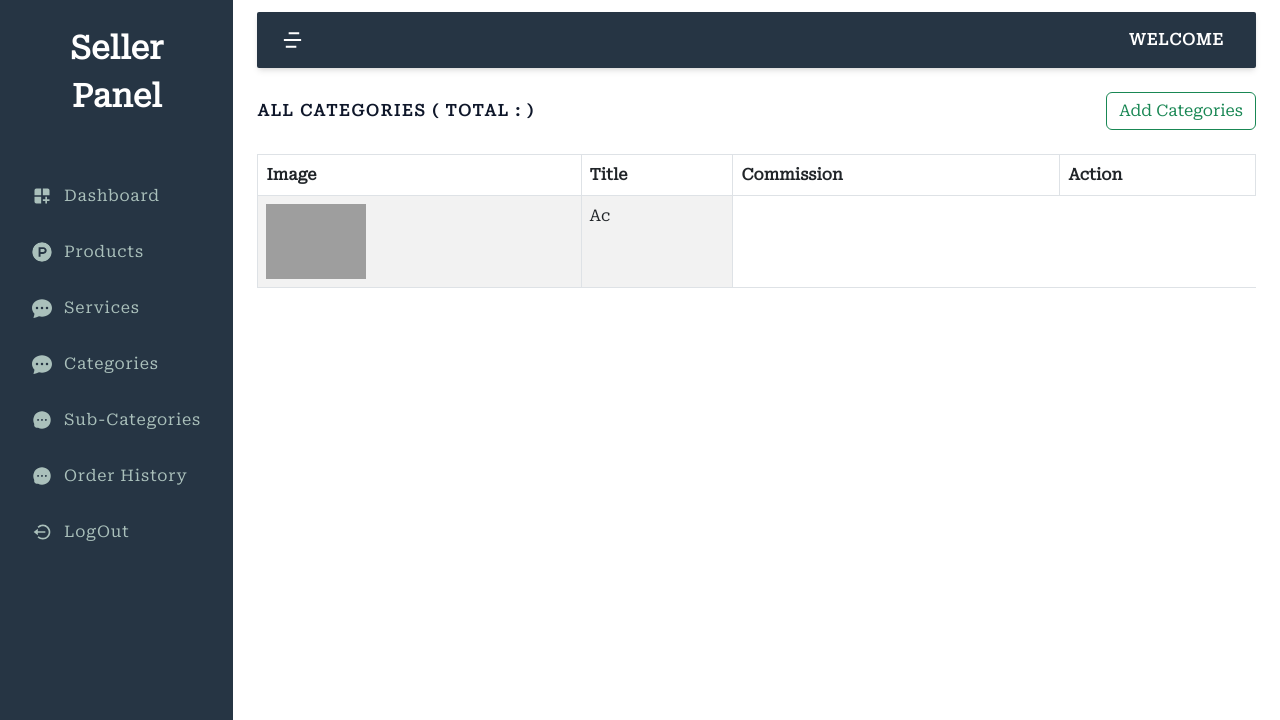
Repository: FlyweisReact/Arun-Chauhan
Page: /vendor/category
These files come from the project's save history. The page is drawn as it stood at one moment and after a run of saves; the edit follows.
The browser window is 1280 px wide. The pictures show the whole page.
Pictures or frames that could not be fetched are drawn as grey boxes. The page's requests for data from a server got no answer. Some web libraries are served in a nearby version. The project was rebuilt for these pictures with package versions that can differ from the ones it lists, and the page was loaded fresh each time. No one was signed in, and anything a server would have sent is missing. Also part of the build but not shown: src/AdminPanel/layout/Navbar.jsx, src/AdminPanel/layout/Sidebar.jsx, src/AdminPanel/layout/HOC.jsx, src/AdminPanel/pages/Privacy.js, src/AdminPanel/pages/Category.js, src/AdminPanel/pages/FeedBack.js, src/AdminPanel/pages/TermsCon.js, src/AdminPanel/pages/HelpSupport.js and 21 more.

Above is the page before, as saved 2023-03-22 16:18:31.

### public/index.html
<!-- @format -->

<!DOCTYPE html>
<html lang="en">
  <head>
    <meta charset="utf-8" />
    <!-- <link rel="icon" href="%PUBLIC_URL%/favicon.png" /> -->
    <meta name="viewport" content="width=device-width, initial-scale=1" />
    <meta name="theme-color" content="#000000" />
    <meta
      name="description"
      content="Web site created using create-react-app"
    />
    <link rel="apple-touch-icon" href="%PUBLIC_URL%/favicon.ico?v=2" />



    <link rel="manifest" href="%PUBLIC_URL%/manifest.json" />
    <link rel="preconnect" href="https://fonts.googleapis.com">
    <link rel="preconnect" href="https://fonts.gstatic.com" crossorigin>
    <link href="https://fonts.googleapis.com/css2?family=Roboto+Serif&display=swap" rel="stylesheet">
    <title>Arun   Panel</title>
  </head>
  <body>
    <noscript>You need to enable JavaScript to run this app.</noscript>
    <div id="root"></div>
    <script src="https://code.jquery.com/jquery-3.6.0.min.js"></script>
    <script src="https://kit.fontawesome.com/b533b351e4.js" crossorigin="anonymous"></script>
  </body>
</html>

### src/index.js
import React from "react";
import ReactDOM from "react-dom/client";
import "./index.css";
import App from "./App";
import { BrowserRouter } from "react-router-dom";
import 'bootstrap/dist/css/bootstrap.min.css'

const root = ReactDOM.createRoot(document.getElementById("root"));
root.render(
  <React.StrictMode>
    <BrowserRouter>
      <App />
    </BrowserRouter>
  </React.StrictMode>
);

### src/index.css
/** @format */

@tailwind base;
@tailwind components;
@tailwind utilities;




body {
  margin: 0;
  font-family: 'Roboto Serif', serif  !important;
  -webkit-font-smoothing: antialiased;
  -moz-osx-font-smoothing: grayscale;
}

/* Wcomponents */
.wcomp::-webkit-scrollbar {
  width: 0px;
}
::-webkit-scrollbar {
  width: 0px;
}
::-webkit-scrollbar-track {
  background: #696f78;
}
/* Handle */
::-webkit-scrollbar-thumb {
  background: #b4b8bf;
}

.main-card--container {
  display: grid;
  grid-template-columns: repeat(3, minmax(300px, 500px));
  grid-gap: 50px;
  justify-content: space-around;
}
.card-container {
  margin: 25px 0 auto;
  position: relative;
  display: grid;
  grid-template-columns: 1fr;
  justify-content: space-around;
  align-items: flex-start;
}

.img-thumbnail {
  width: 80px;
}
.img-large {
  max-width: 80%;
}

.formInput {
  padding: 5px;
}

.BannerImg{
  display: grid;
  grid-template-columns: auto auto auto;
  margin: 20px;
  justify-content: space-evenly;
  text-align: center;
}
.BannerImg div{
  box-shadow: rgba(0, 0, 0, 0.35) 0px 5px 15px;
  padding: 10px;

}
.BannerImg img{
  width: 400px;
  height: 200px;
}


li{
  list-style: disc;
}
.carouselImages{
  width: 200px !important;
  height: 140px;
}
.Car{
  width: 200px !important;
}

.three-Sec{
  display: grid;
  justify-content: space-evenly;
  grid-template-columns: auto auto auto;
  text-align: center;
  color: black;

}
.three-Sec div{
  box-shadow: rgba(0, 0, 0, 0.35) 0px 5px 15px;
  margin-top: 40px;
  padding : 10px;
  width: 400px;
}
.three-Sec img{
  width: 100%;
  height: 300px;
}
.three-Sec p{
  font-size: 20px;
  font-weight: bold;
  margin: 0;
}
.three-Sec button{
  border: 1px solid #B80000;
  background-color: #ffff;
  color: #B80000;
  width: 100%;
  padding: 3px;
  margin-top: 10px;
  font-size: 20px;
  transition: 0.5s;
}

.three-Sec button:hover{
  background-color: #B80000;
  color: #ffff;
}
.bigCont{
  display: flex;
  gap: 10px;
}
.contP{
  border: 1px solid #2F308D;
  width: 48%;
  padding: 10px;
  color: #2F308D;
  transition: 0.5s;
  cursor: pointer;
}
.contP:hover {
  background-color: #2F308D;
  color: #fff;
}


.viewBtn{
  color: #014F75;
  border: 1px solid #014F75;
  outline: none;
  width: 50%;
  padding: 5px;
  font-size: 18px;
  transition: 0.5s;
}

.viewBtn:hover{

  background-color: #014F75;
  color: #fff;
}


.filterDate{
  color: black;
  display: flex;
  gap: 20px;
  margin-top: 20px;
  margin-bottom: 20px;
}

.filterDate input {
  border: 1px solid black;
  outline: none;
  padding: 5px;
}
.filterDate div{
  display: flex;
  gap: 10px;
  align-items:center ;
}
.filterDate div p{
  padding-top: 10px;
}

.filterDate button{
  color: #014F75;
  border: 1px solid #014F75;
  outline: none;
  width: 200px;
  font-size: 18px;
  transition: 0.5s;
}

.filterDate button:hover{
  background-color: #014F75;
  color: #fff;
}
.active{
  display: flex;
  gap: 20px;
margin-bottom: 20px;
}
.active button{
  border: 1px solid #659CCA;
  color: #659CCA;
  padding: 5px;
  width: 200px;
  transition: 0.5s;
  font-size: 20px;
}
.active button:hover{
  background-color: #659CCA;
  color: #fff;
}

.drop select{
  width: 100%;
  color:#fff;
  margin-bottom: 20px;
  border: 1px solid #659CCA;
  padding: 10px;
  outline: none;
  background-color: #659CCA;
}
.drop select option{
  background-color: #8FD1DF;
  border: 1px solid #8FD1DF;
}

.drop select option:hover{
  background-color: #8FD1DF  !important;
}

### src/App.js
/** @format */

import { Routes, Route } from "react-router-dom";
import { ToastContainer } from "react-toastify";
import "react-toastify/dist/ReactToastify.css";
import Privacy from "./AdminPanel/pages/Privacy";
import Offers from "./AdminPanel/pages/Category";
import FeedBack from "./AdminPanel/pages/FeedBack";
import TermsCon from "./AdminPanel/pages/TermsCon";
import HelpSupport from "./AdminPanel/pages/HelpSupport";
import OrderHistory from "./AdminPanel/pages/OrderHistory";
import Installar from "./AdminPanel/pages/Installar";
import Sellers from "./AdminPanel/pages/Sellers";
import Dashboard from "./AdminPanel/pages/Dashboard";
import Users from "./AdminPanel/pages/Users";
import Reviews from "./AdminPanel/pages/Reviews";
import Coupon from "./AdminPanel/pages/Coupon";
import Product from "./AdminPanel/pages/Product";
import About from "./AdminPanel/pages/About";
import Blogs from "./AdminPanel/pages/Blogs";
import Service from "./AdminPanel/pages/Service";
import Notification from "./AdminPanel/pages/Notification";
import SubCategory from "./AdminPanel/pages/SubCategory";
import Banner from "./AdminPanel/pages/Banner";
import Login from "./AdminPanel/Login";
import Transaction from "./AdminPanel/pages/Transaction";
import InstallerTransactions from "./AdminPanel/pages/InstallerTransactions";
import Vendorlogin from "./VendorPanel/Vendorlogin";
import VendorDashboard from "./VendorPanel/pages/VendorDashboard";
import VendorProducts from "./VendorPanel/pages/VendorProducts";
import VendorService from "./VendorPanel/pages/VendorService";
import VendorCategory from "./VendorPanel/pages/VendorCategory";

function App() {
  return (
    <>
      <ToastContainer />

      <Routes>
        {/* Admin Panel */}
        <Route path="/" element={<Login />} />
        <Route path="/dashboard" element={<Dashboard />} />
        <Route path="/users" element={<Users />} />
        <Route path="/sellers" element={<Sellers />} />
        <Route path="/products" element={<Product />} />
        <Route path="/coupon" element={<Coupon />} />
        <Route path="/about" element={<About />} />
        <Route path="/review" element={<Reviews />} />
        <Route path="/blogs" element={<Blogs />} />
        <Route path="/services" element={<Service />} />
        <Route path="/category" element={<Offers />} />
        <Route path="/notification" element={<Notification />} />
        <Route path="/sub-category" element={<SubCategory />} />
        <Route path="/banners" element={<Banner />} />
        <Route path="/order-history" element={<OrderHistory />} />
        <Route path="/installar" element={<Installar />} />
        <Route path="/feedBacks" element={<FeedBack />} />
        <Route path="/terms-condition" element={<TermsCon />} />
        <Route path="/helpSupport" element={<HelpSupport />} />
        <Route path="/privacy" element={<Privacy />} />
        <Route path="/transactions/:id" element={<Transaction />} />
        <Route path="/installer-transaction/:id" element={<InstallerTransactions />} />

        {/* Vendor Panel */}
        <Route path="/vendor/login" element={<Vendorlogin />} />
        <Route path="/vendor/dashboard" element={<VendorDashboard />} />
        <Route path="/vendor/products" element={<VendorProducts />} />
        <Route path="/vendor/service" element={<VendorService />} />
        <Route path="/vendor/category" element={<VendorCategory />} />
      </Routes>
    </>
  );
}

export default App;

### src/VendorPanel/pages/VendorCategory.js
/** @format */
import { Button, Modal, Form, Table } from "react-bootstrap";
import React, { useEffect, useState } from "react";
import HOC from "../layout/HOC";
import axios from "axios";
import { toast } from "react-toastify";

const VendorCategory = () => {
  const [modalShow, setModalShow] = useState(false);
  const [data, setData] = useState([]);
  const [dataCount, setDataCount] = useState("");

  function MyVerticallyCenteredModal(props) {
    const [title, setTitle] = useState("");
    const [image, setImage] = useState("");

    const postHandler = async (e) => {
      e.preventDefault();

      let fd = new FormData();
      fd.append("category", title);
      fd.append("myField", image);

      try {
        const { data } = await axios.post(
          "http://ec2-15-206-210-177.ap-south-1.compute.amazonaws.com:1112/api/category",
          fd
        );
        console.log(data);
        fetchData();
        toast.success("Category Added");
        props.onHide();
      } catch (e) {
        console.log(e);
        toast.error(e.response.data.message);
      }
    };

    return (
      <Modal
        {...props}
        size="lg"
        aria-labelledby="contained-modal-title-vcenter"
        centered
      >
        <Modal.Header closeButton>
          <Modal.Title id="contained-modal-title-vcenter">
            Add Category
          </Modal.Title>
        </Modal.Header>
        <Modal.Body>
          <Form onSubmit={postHandler}>
            <Form.Group className="mb-3">
              <Form.Label>Image</Form.Label>
              <Form.Control
                type="file"
                onChange={(e) => setImage(e.target.files[0])}
              />
            </Form.Group>
            <Form.Group className="mb-3">
              <Form.Label>Title</Form.Label>
              <Form.Control
                type="text"
                onChange={(e) => setTitle(e.target.value)}
              />
            </Form.Group>
            <Form.Group className="mb-3">
              <Form.Label>Commission </Form.Label>
              <Form.Control type="number" min={0} />
            </Form.Group>
            <Form.Group className="mb-3">
              <Form.Select aria-label="Default select example">
                <option>Commission In</option>
                <option> Flat% </option>
                <option> Rupees </option>
              </Form.Select>
            </Form.Group>
            <Button variant="outline-success" type="submit">
              Submit
            </Button>
          </Form>
        </Modal.Body>
        <Modal.Footer></Modal.Footer>
      </Modal>
    );
  }

  const fetchData = async () => {
    try {
      const { data } = await axios.get(
        "http://ec2-15-206-210-177.ap-south-1.compute.amazonaws.com:1112/api/category"
      );
      setData(data.data);
      setDataCount(data.data.length);
    } catch (e) {
      console.log(e);
    }
  };

  useEffect(() => {
    fetchData();
  }, []);

  const deleteHandler = async (id) => {
    try {
      const { data } = await axios.delete(
        `http://ec2-15-206-210-177.ap-south-1.compute.amazonaws.com:1112/api/category/${id}`
      );
      console.log(data);
      toast.success("Category Deleted");
      fetchData();
    } catch (e) {
      console.log(e);
      toast.error("Try again after some time::");
    }
  };

  return (
    <>
      <MyVerticallyCenteredModal
        show={modalShow}
        onHide={() => setModalShow(false)}
      />

      <section>
        <div className="pb-4 sticky top-0  w-full flex justify-between items-center bg-white">
          <span className="tracking-widest text-slate-900 font-semibold uppercase ">
            All Categories ( Total : {dataCount})
          </span>
          <Button
            variant="outline-success"
            onClick={() => {
              setModalShow(true);
            }}
          >
            Add Categories
          </Button>
        </div>

        <div style={{ maxWidth: "100%", overflow: "auto" }}>
          <Table striped bordered hover>
            <thead>
              <tr>
                <th> Image</th>
                <th> Title</th>
                <th> Commission</th>
                <th>Action</th>
              </tr>
            </thead>
            <tbody>
            <tr>
              <td>
              <img
                      src="https://d3njjcbhbojbot.cloudfront.net/api/utilities/v1/imageproxy/https://images.ctfassets.net/wp1lcwdav1p1/4Y1pVuWED2pS20sMAOrKOh/200118633caf0c13ea7e35bfed4c8049/GettyImages-1146500478.jpg?w=1500&h=680&q=60&fit=fill&f=faces&fm=jpg&fl=progressive&auto=format%2Ccompress&dpr=1&w=1000&h="
                      alt=""
                      style={{ width: "100px" }}
                    />
              </td>
              <td>Ac</td>
            </tr>
              {data?.map((i, index) => (
                <tr key={index}>
                  <td>
                    <img
                      src={i.categoryImg?.url}
                      alt={i.category}
                      style={{ width: "100px" }}
                    />
                  </td>
                  <td> {i.category} </td>
                  <td>Flat 30%</td>
                  <td>
                    <i
                      class="fa-solid fa-trash"
                      style={{ color: "red", cursor: "pointer" }}
                      onClick={() => deleteHandler(i._id)}
                    ></i>
                  </td>
                </tr>
              ))}
            </tbody>
          </Table>
        </div>
      </section>
    </>
  );
};

export default HOC(VendorCategory);

### src/VendorPanel/layout/HOC.jsx
import React, { useState } from "react";
import Navbar from "./Navbar";
import Sidebar from "./Sidebar";

const HOC = (Wcomponenet) => {
  return function Component() {
    const [hamb, setHamb] = useState(false);
    return (
      <>
        <section className="flex overflow-x-hidden relative">
          {/* Sidebar */}
          <div
            className={
              hamb
                ? " absolute top-0 z-30 md:w-auto shadow-md bg-slate-200  w-60 transition-all md:-left-full left duration-150  h-auto overflow-y-auto  left-0 "
                : " md:w-72 z-30 bg-slate-200  shadow-md  md:static absolute top-0 -left-full   transition-all duration-150  overflow-y-auto h-auto"
            }
          >
            <Sidebar hamb={hamb} setHamb={setHamb} />
          </div>
          {/* Components & Navbar */}
          <div
            className={
              hamb
                ? " transition-all px-4 py-2  bg-white duration-150 w-full h-screen"
                : " w-full h-screen  px-4 py-2  bg-white z-50 transition-all duration-150 "
            }
          >
            <Navbar hamb={hamb} setHamb={setHamb} />
            <div className="my-6 text-white h-[87%] wcomp overflow-y-auto">
              <Wcomponenet />
            </div>
          </div>
        </section>
      </>
    );
  };
};

export default HOC;

### src/VendorPanel/layout/Navbar.jsx
/** @format */

import { RiMenu4Line } from "react-icons/ri";

const Navbar = ({ hamb, setHamb }) => {

  return (
    <>

      <div
        className={
          hamb
            ? "flex  w-full justify-between  my-1 rounded-sm  p-4 py-3 shadow-md items-center  bg-slate-200 space-x-4"
            : "flex  w-full justify-between my-1 rounded-sm  p-4 py-3 shadow-md items-center  bg-slate-200 space-x-4"
        }
        style={{   backgroundColor: "#263544", color : "#fff"}}
      >
        <RiMenu4Line
          onClick={() => setHamb(!hamb)}
          className="text-2xl font-bold text-#fff-900 hover:scale-90 cursor-pointer"
        />

        <section className="flex sm:ml-auto justify-end sm:w-full items-center space-x-2  pr-2">
          <figcaption className="tracking-wider pl-1 font-semibold">
            <div className="lg:text-base text-sm text-#fff-900  uppercase" >
              Welcome
            </div>
          </figcaption>
        </section>


      </div>
    </>
  );
};

export default Navbar;

### src/VendorPanel/layout/Sidebar.jsx
/** @format */

import React from "react";
import { RiCloseLine } from "react-icons/ri";
import { Link, useNavigate } from "react-router-dom";
import { BiLogOutCircle  } from "react-icons/bi";
import { MdDashboardCustomize } from "react-icons/md";
import { BsFillChatDotsFill } from "react-icons/bs";
import { AiFillMessage } from "react-icons/ai";
import {FaProductHunt } from 'react-icons/fa'


const Sidebar = ({ hamb, setHamb }) => {
  const navigate = useNavigate();

  const nav = [
    {
      icon: <MdDashboardCustomize className="text-xl mr-3 rounded-full " />,
      link: "/vendor/dashboard",
      name: "Dashboard",
    },
    {
      icon: <FaProductHunt className="text-xl mr-3 rounded-full " />,
      link: "/vendor/products",
      name: "Products",
    },
    {
      icon: <BsFillChatDotsFill className="text-xl mr-3" />,
      link: "/vendor/service",
      name: "Services",
    },
    {
      icon: <BsFillChatDotsFill className="text-xl mr-3" />,
      link: "/vendor/category",
      name: "Categories",
    },

    {
      icon: <AiFillMessage className="text-xl mr-3 rounded-full " />,
      link: "/sub-category",
      name: "Sub-Categories",
    },
    {
      icon: <AiFillMessage className="text-xl mr-3 rounded-full " />,
      link: "/order-history",
      name: "Order History",
    },
  ];

  const logOut = () => {
    localStorage.removeItem("token");
    navigate("/");
  };

  return (
    <>
      <div className="p-4 h-auto"   style={{
          backgroundColor: "#263544",
          minHeight : '100vh'
        }}>
        {/* Top */}
        <div className="w-full md:hidden relative  p-2 mb-4">
          <RiCloseLine
            onClick={() => setHamb(!hamb)}
            className="text-3xl  absolute top-2 sm:hover:rotate-[228deg] transition-transform font-bold right-2 sm:hover:text-[22px] text-[rgb(241,146,46)] cursor-pointer"
          />
        </div>
        {/* Logo */}
        <figure className="flex  flex-col items-center">
        <span
            className="font-bold text-[rgb(241,146,46)]"
            style={{ fontSize: "2rem", textAlign: "center", color: "#fff" }}
          >
            Seller Panel
          </span>
        </figure>
        {/* Nav-menu */}
        <nav className="py-6">
          {nav.map((nav) => {
            return (
              <Link to={nav.link} key={nav.name} className="" style={{textDecoration : 'none'}}>
                <span className="flex my-3 items-center cursor-pointer    tracking-wider p-2 rounded-sm"  style={{ color: "#aac0bb"  , textDecoration : 'none'}}>
                  {nav.icon} {nav.name}
                </span>
              </Link>
            );
          })}
          <span
            className="flex my-3 items-center cursor-pointer   tracking-wider p-2 rounded-sm"
            onClick={() => logOut()}
            style={{ color: "#aac0bb" }}
          >
            <BiLogOutCircle className="text-xl mr-3 rounded-full " /> LogOut
          </span>
        </nav>
      </div>
    </>
  );
};

export default Sidebar;

Loaded but not shown: tailwind.config.js (common file)

After the next 2 saves:
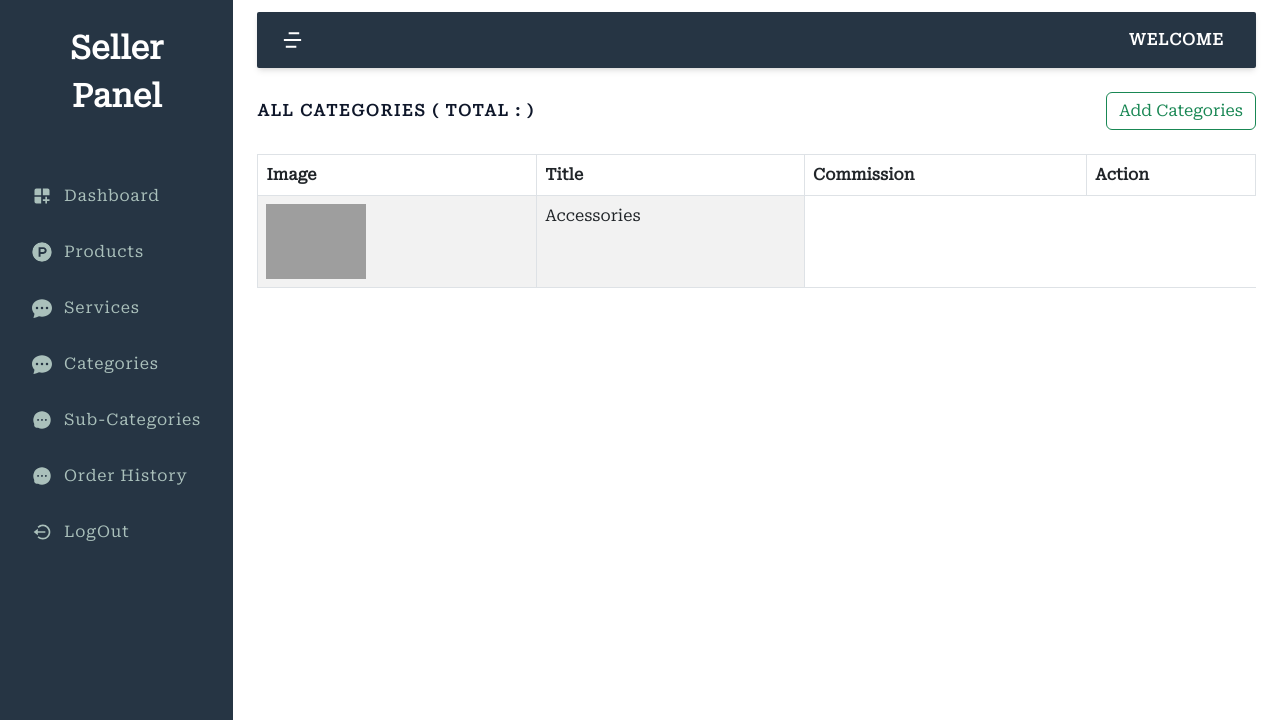
The 2 saves are shown as one change because they came seconds apart.
The last was saved 7 s later.
--- a/src/VendorPanel/pages/VendorCategory.js
+++ b/src/VendorPanel/pages/VendorCategory.js
@@ -156,7 +156,8 @@ const VendorCategory = () => {
                       style={{ width: "100px" }}
                     />
               </td>
-              <td>Ac</td>
+              <td>	Accessories</td>
+
             </tr>
               {data?.map((i, index) => (
                 <tr key={index}>
